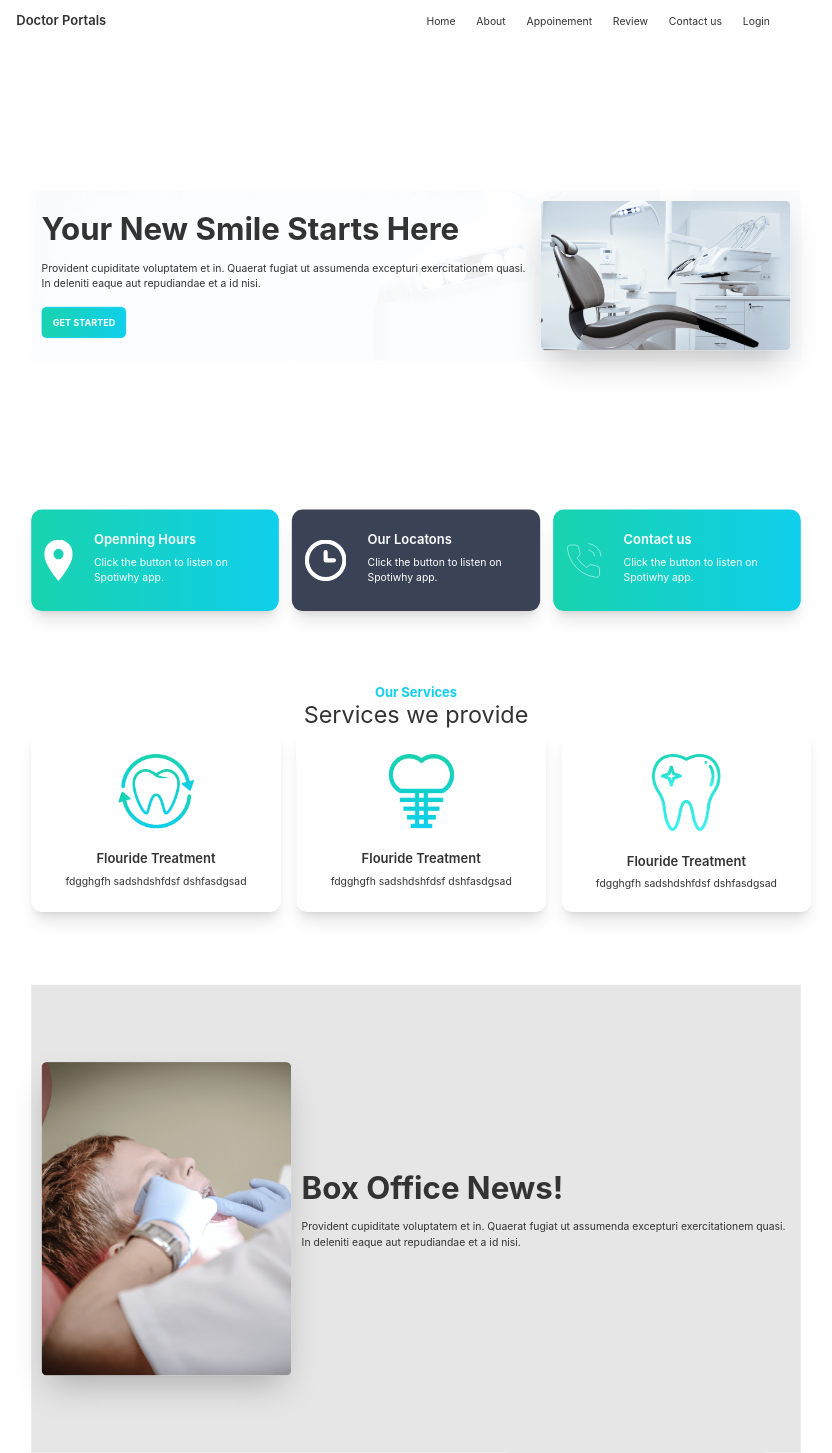
Repository: devsajid/doctors-portal-client
Page: /
The author's editor kept a copy of each file at every save. The page is drawn from the files as they stood at one save, then again after a run of saves.
The browser window is 1280 px wide. The pictures show the whole page, at 65% of full size.
Backgrounds fixed to the window are drawn as part of the page. The project was rebuilt for these pictures with package versions that can differ from the ones it lists, and the page was loaded fresh each time. Also part of the build but not shown: src/App.css, src/Pages/About/About.js, src/Pages/Appoinment/Appoinment.js, src/Pages/Contact/Contact.js, src/Pages/Login/Login.js, src/Pages/Review/Review.js.

Above is the page before, as saved 2022-08-05 22:33:18.

After the next 7 saves:
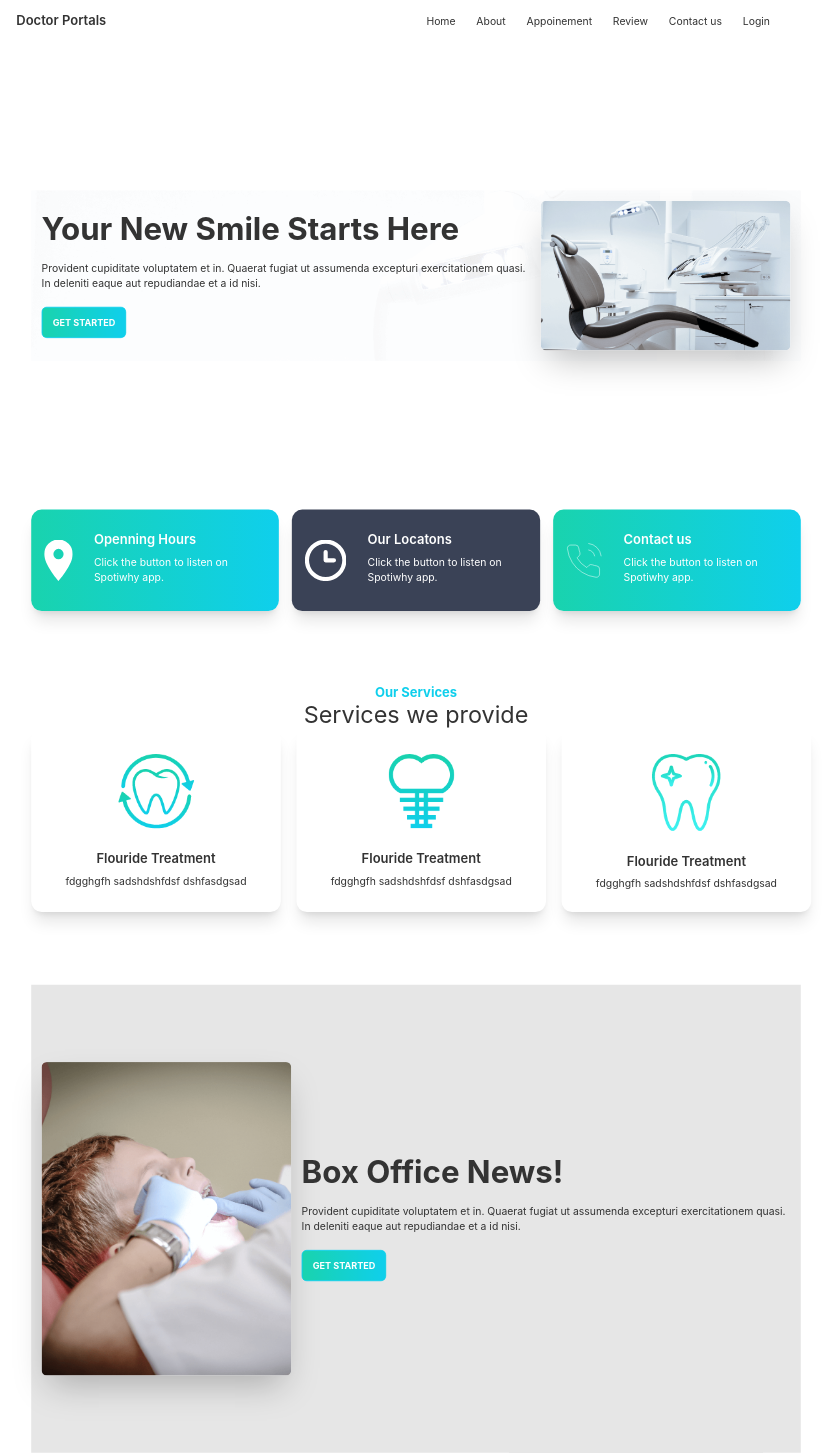
The 7 saves are shown as one change because they came seconds apart.
The last was saved 54 s later.
--- a/src/Pages/Terms/Terms.js
+++ b/src/Pages/Terms/Terms.js
@@ -1,5 +1,6 @@
 import React from "react";
 import treatment from "../../assets/images/treatment.png";
+import PrimaryButton from "../Home/Share/Navbar/PrimaryButton/PrimaryButton";
 const Terms = () => {
   return (
     <div class="hero min-h-screen bg-base-200">
@@ -16,6 +17,7 @@ const Terms = () => {
             excepturi exercitationem quasi. In deleniti eaque aut repudiandae et
             a id nisi.
           </p>
+          <PrimaryButton></PrimaryButton>
         </div>
       </div>
     </div>
